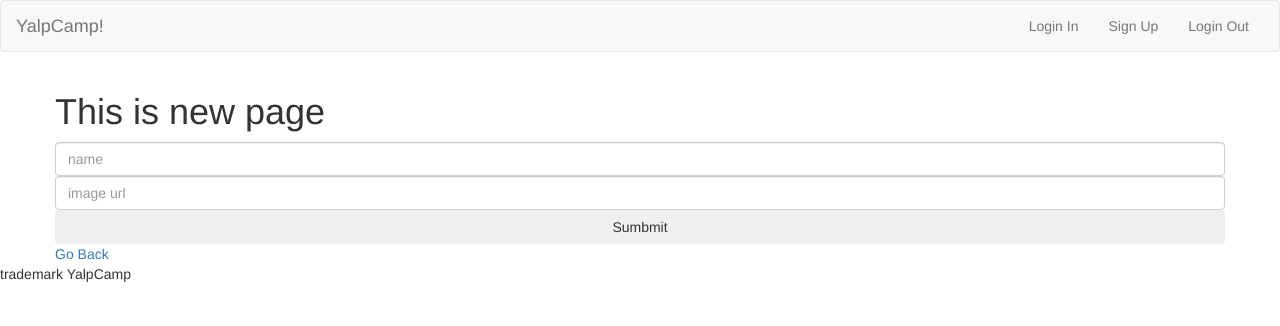
Repository: yli166/the-web-developer-bootcamp
Page: http://localhost/campgrounds/new
The author's editor kept a record of every edit. The page is drawn from the files as they stood at one moment, then again after the next edit.
The browser window is 1280 px wide. The pictures show the whole page.
The page is served by the project's Node server (yalpcamp/v1/app.js).

Above is the page before.

After the next edit:
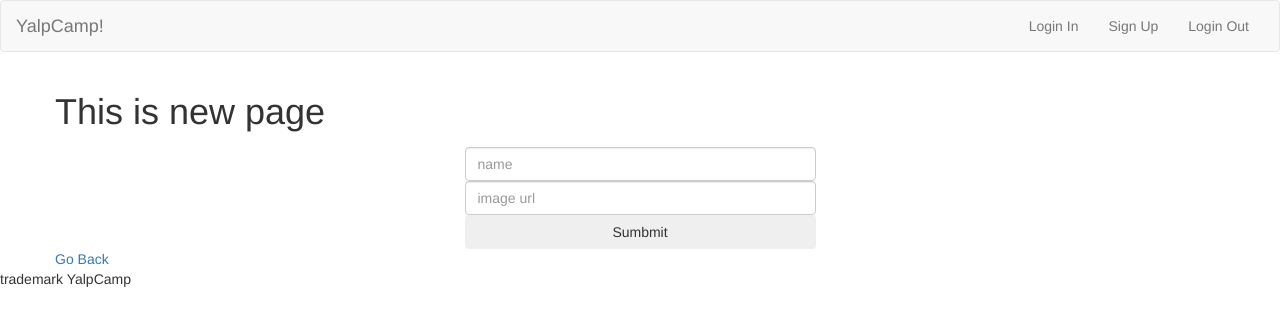
The edit:
--- a/nodejs/workspace/yalpcamp/v1/views/new.ejs
+++ b/nodejs/workspace/yalpcamp/v1/views/new.ejs
@@ -2,8 +2,16 @@
 <div class='container'>
     <div class='row'>
         <h1> This is new page</h1>
-        <div style="width:30% margin:0 auto;">
+        <div style="width:30%; margin:0 auto;">
         <form action= '/campgrounds' method= 'POST'>
+            <div class='form-group'>
+
+            </div>
+            <div class='form-group'>
+
+            </div>            <div class='form-group'>
+
+            </div>
             <input class='form-control' type='text' name= 'name' placeholder='name'>
             <input class='form-control' type='text' name= 'image' placeholder='image url'>
             <button class='btn btn-large btn-block'>Sumbmit</button>
